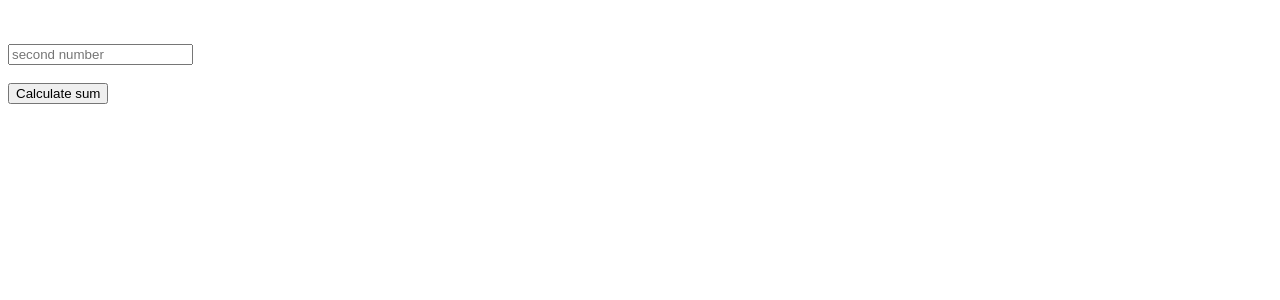
Repository: VISHALGUPTA100803/Harkirat_MERN
Page: Week 4/DOM_introduction/index.html
These files come from the project's save history. The page is drawn as it stood at one moment and after a run of saves; the edit follows.
The browser window is 1280 px wide. The pictures show the whole page.

Above is the page before, as saved 2024-03-12 00:42:54.

After the next 2 saves:
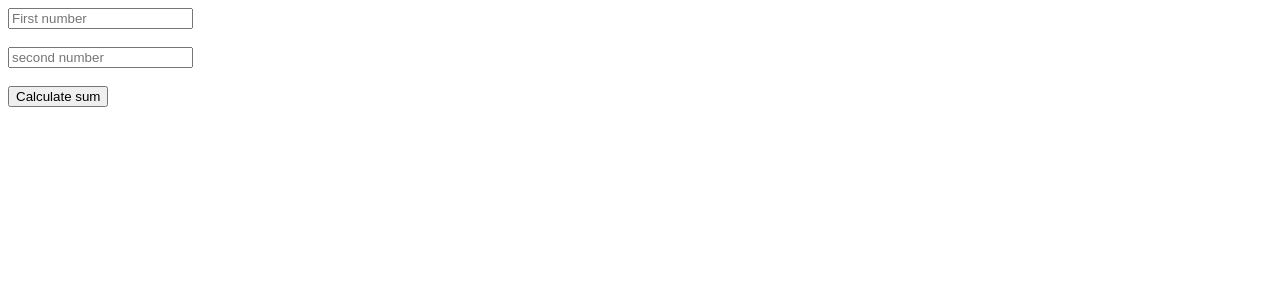
The 2 saves are shown as one change because they came seconds apart.
The last was saved 14 s later.
--- a/Week 4/DOM_introduction/index.html
+++ b/Week 4/DOM_introduction/index.html
@@ -1,6 +1,8 @@
 <html>
     <body>
-        <div
+        <div>
+
+        </div>
         <input type="text" placeholder="First number"></input> <br> <br>
         <input type="text" placeholder="second number"></input> <br> <br>
         <button> Calculate sum</button>
